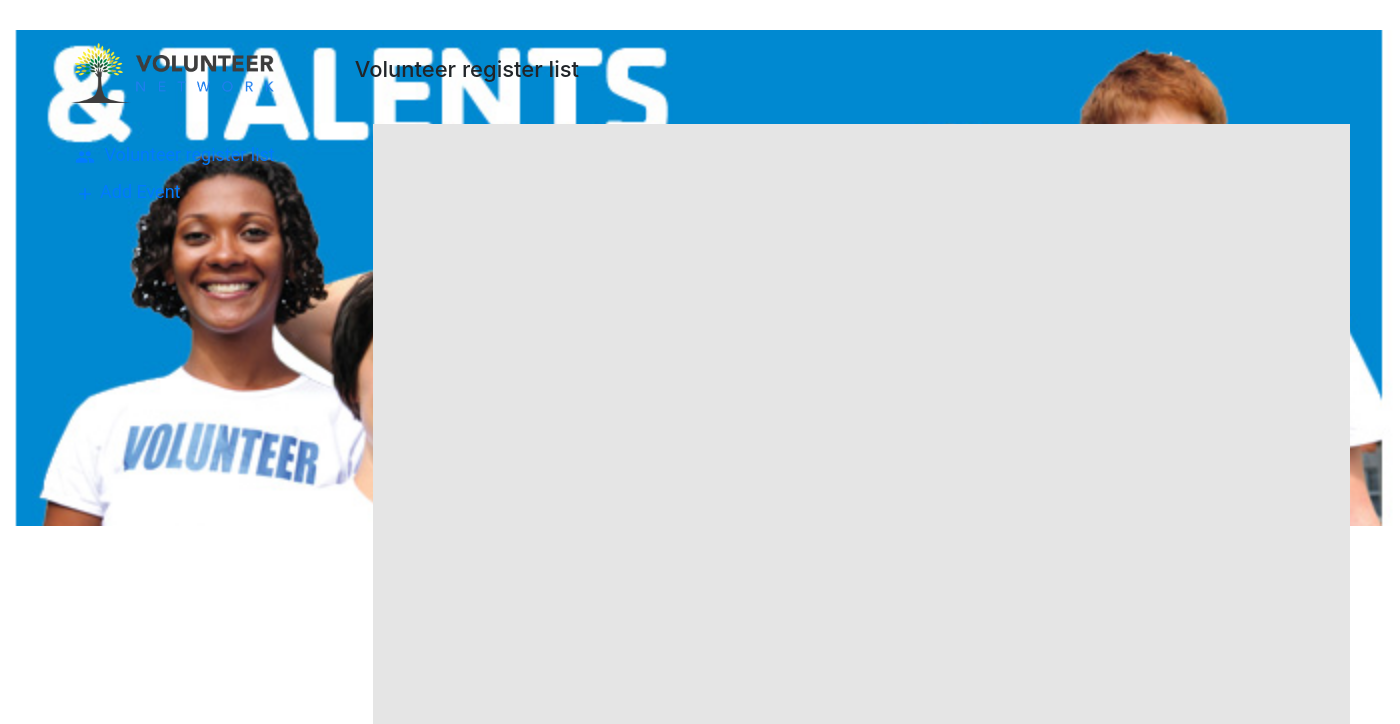
Repository: MdTahsinAmin/volunteer-network-client
Page: /adminPanel
An editor plug-in stored every save of this project. The page is shown before and after the next save, followed by the edit.
The browser window is 1280 px wide. The page is 1400 px wide, so the pictures cover 1400 px, including what lies to the right of the window. The pictures show the whole page.
The project was rebuilt for these pictures with package versions that can differ from the ones it lists, and the page was loaded fresh each time. Also part of the build but not shown: src/components/Volunteers/Volunteers.css, src/components/CreateNetwork/CreateNetwork.css, src/components/CreateNetwork/CreateNetwork.js.

Above is the page before, as saved 2020-10-05 00:47:27.

After the next save:
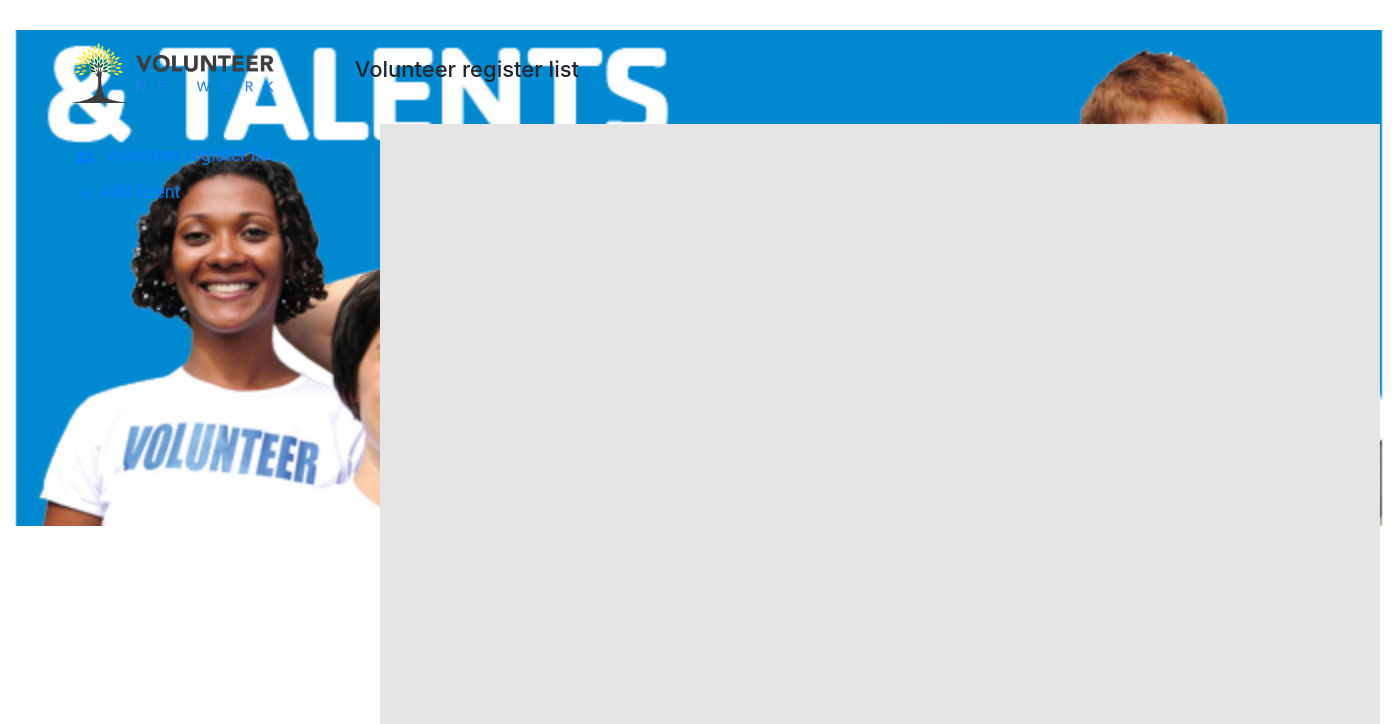
Saved 42 s later.
--- a/src/components/AdminPanel/AdminPanel.css
+++ b/src/components/AdminPanel/AdminPanel.css
@@ -30,7 +30,7 @@
 .Volunteer-list{
     width:80%;
     margin-top:8px;
-    margin-right: 50px;
+    margin-right: 20px;
     width: 1000px;
     height: 600px;
     background:  #E5E5E5;
